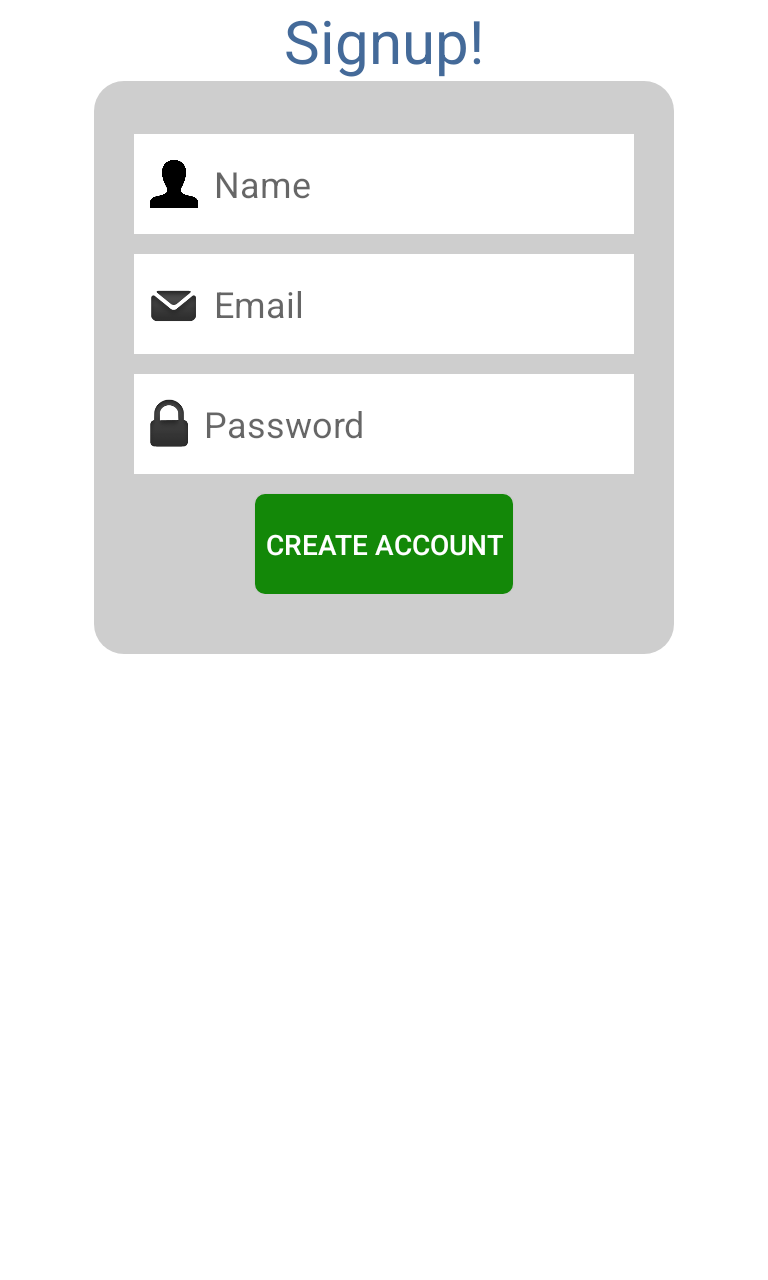
Repository: ag-chirag/brainwaves_enigma
Layout: mobile/Brainwaves/QLess/res/layout/signup.xml
An editor plug-in stored every save of this project. The layout is shown before and after the next save, followed by the edit.
It is drawn on a 768 x 1280 px phone screen (xhdpi) without system bars, with theme AppTheme; the app's code is not run.

Above is the layout before, as saved 2014-11-08 13:02:35.

### mobile/Brainwaves/QLess/res/layout/signup.xml
<RelativeLayout xmlns:android="http://schemas.android.com/apk/res/android"
    xmlns:tools="http://schemas.android.com/tools"
    android:id="@+id/container"
    android:layout_width="match_parent"
    android:layout_height="match_parent"
    android:background="@color/white"
    android:screenOrientation="portrait"
    tools:context="com.zootr.matchup.MainActivity"
    tools:ignore="MergeRootFrame" >

    <TextView
        android:id="@+id/signup_head"
        android:layout_width="wrap_content"
        android:layout_height="wrap_content"
        android:layout_centerHorizontal="true"
        android:text="@string/signup_heading"
        android:textColor="@color/blue"
        android:textSize="30sp" />

    <RelativeLayout
        android:id="@+id/signup_box"
        android:layout_width="wrap_content"
        android:layout_height="wrap_content"
        android:layout_below="@id/signup_head"
        android:layout_centerHorizontal="true"
        android:layout_centerVertical="true"
        android:background="@drawable/round_login" >

        <TextView
            android:id="@+id/error"
            android:layout_width="wrap_content"
            android:layout_height="wrap_content"
            android:layout_centerHorizontal="true"
            android:textColor="@color/red"
            android:textSize="12sp" />

        <RelativeLayout
            android:id="@+id/name_parent"
            android:layout_width="wrap_content"
            android:layout_height="50dp"
            android:layout_below="@+id/error"
            android:background="@color/white" >

            <ImageView
                android:id="@+id/name_icon"
                android:layout_width="30dp"
                android:layout_height="40dp"
                android:layout_marginLeft="5dp"
                android:layout_marginTop="5dp"
                android:contentDescription="@string/app_name"
                android:scaleType="fitCenter"
                android:src="@drawable/name" />

            <EditText
                android:id="@+id/name"
                android:layout_width="210dp"
                android:layout_height="50dp"
                android:layout_marginLeft="5dp"
                android:layout_marginTop="0dp"
                android:layout_toRightOf="@id/name_icon"
                android:background="@drawable/edit_text_design"
                android:hint="@string/name"
                android:inputType="textEmailAddress" />
        </RelativeLayout>

        <RelativeLayout
            android:id="@+id/envelope_parent"
            android:layout_width="wrap_content"
            android:layout_height="50dp"
            android:layout_below="@+id/name_parent"
            android:layout_marginTop="10dp"
            android:background="@color/white" >

            <ImageView
                android:id="@+id/envelope"
                android:layout_width="30dp"
                android:layout_height="40dp"
                android:layout_marginLeft="5dp"
                android:layout_marginTop="5dp"
                android:contentDescription="@string/app_name"
                android:scaleType="fitCenter"
                android:src="@drawable/envelope3" />

            <EditText
                android:id="@+id/email_address_signup"
                android:layout_width="210dp"
                android:layout_height="50dp"
                android:layout_marginLeft="5dp"
                android:layout_marginTop="0dp"
                android:layout_toRightOf="@id/envelope"
                android:background="@drawable/edit_text_design"
                android:hint="@string/email_hint"
                android:inputType="textEmailAddress" />
        </RelativeLayout>

        <RelativeLayout
            android:id="@+id/lock_parent"
            android:layout_width="wrap_content"
            android:layout_height="50dp"
            android:layout_below="@+id/envelope_parent"
            android:layout_marginTop="10dp"
            android:background="@color/white" >

            <ImageView
                android:id="@+id/lock"
                android:layout_width="35dp"
                android:layout_height="30dp"
                android:layout_centerVertical="true"
                android:contentDescription="@string/app_name"
                android:scaleType="fitCenter"
                android:src="@drawable/lock" />

            <EditText
                android:id="@+id/password_signup"
                android:layout_width="215dp"
                android:layout_height="50dp"
                android:layout_centerHorizontal="true"
                android:layout_centerVertical="true"
                android:layout_marginBottom="10dp"
                android:layout_toRightOf="@id/lock"
                android:background="@drawable/edit_text_design"
                android:hint="@string/pwd_hint"
                android:inputType="textPassword" />
        </RelativeLayout>

        <Button
            android:id="@+id/crt_accnt"
            android:layout_width="wrap_content"
            android:layout_height="50dp"
            android:layout_below="@+id/lock_parent"
            android:layout_centerHorizontal="true"
            android:layout_marginLeft="10dp"
            android:layout_marginTop="10dp"
            android:background="@drawable/round_login_button"
            android:onClick="send_signup_data"
            android:text="@string/accnt"
            android:textColor="@color/white" />
    </RelativeLayout>

    <RelativeLayout
        android:id="@+id/waiting"
        android:layout_width="fill_parent"
        android:layout_height="fill_parent"
        android:layout_gravity="center_horizontal"
        android:background="@color/splash_bg"
        android:gravity="center_horizontal"
        android:orientation="vertical"
        android:visibility="gone"
        android:weightSum="1" >

        <ImageView
            android:id="@+id/logo"
            android:layout_width="fill_parent"
            android:layout_height="fill_parent"
            android:layout_centerHorizontal="true"
            android:layout_centerVertical="true"
            android:contentDescription="@string/todo"
            android:scaleType="centerCrop"
            android:src="@drawable/name" />

        <TextView
            android:layout_width="wrap_content"
            android:layout_height="wrap_content"
            android:layout_centerHorizontal="true"
            android:layout_marginTop="30dp"
            android:text="Logging in..."
            android:textColor="@color/white"
            android:textSize="20sp" />
    </RelativeLayout>

</RelativeLayout>

### mobile/Brainwaves/QLess/res/values/color.xml
<?xml version="1.0" encoding="utf-8"?>
<resources>

    <color name="blue">#446a99</color>
    <color name="red">#FF0000</color>
    <color name="black">#000000</color>
    <color name="green">#138808</color>
    <color name="bar">#ff0000</color>
    <color name="white">#fff</color>
    <color name="gray">#eeeeee</color>
    <color name="grey">	#CECECE</color>
    <color name="splash_bg">#eb5115</color>
        <color name="disable">#ccc</color>

    <color name="light_gray">#eeeeee</color>
    <color name="dark_gray">#424244</color>
    <color name="sirius_black">#000000</color>
    <color name="app_color">#ff8033</color>
    <color name="dashboard_bar">#ff8033</color>
    <color name="fixture_title">#000000</color>
    <color name="fixture_teams">#000</color>
    <color name="fixture_status">#000</color>
    <color name="score">#000</color>
    <color name="bar_sel">#ffa233</color>
    <color name="transparent_100">#FF000000</color>
    <color name="transparent_95">#F2000000</color>
    <color name="transparent_90">#E6000000</color>
    <color name="transparent_85">#D9000000</color>
    <color name="transparent_80">#CC000000</color>
    <color name="transparent_75">#BF000000</color>
    <color name="transparent_70">#B3000000</color>
    <color name="transparent_65">#A6000000</color>
    <color name="transparent_60">#99000000</color>
    <color name="transparent_55">#8C000000</color>
    <color name="transparent_50">#80000000</color>
    <color name="transparent_45">#73000000</color>
    <color name="transparent_40">#66000000</color>
    <color name="transparent_35">#59000000</color>
    <color name="transparent_30">#4D000000</color>
    <color name="transparent_25">#40000000</color>
    <color name="transparent_20">#33000000</color>
    <color name="transparent_15">#26000000</color>
    <color name="transparent_10">#1A000000</color>
    <color name="transparent_">#0D000000</color>
    <color name="transparent_0">#00000000</color>
    <color name="dashboard_bg">#eeeeee</color>
    <color name="circle_dashbord_count">#333333</color>
    <color name="live">#cc1111</color>
    <color name="no_matches_sel">#424244</color>
    <color name="no_matches_def">#333333</color>
    <color name="no_matches">#999999</color>
    <color name="bar_header">#2f74a7</color>
    <color name="chart_won">#2f74a7</color>
    <color name="chart_lost">#cc1111</color>
    <color name="chart_tie">#e04a3b</color>
    <color name="achievement">#3d96d8</color>
    <color name="player_name_solo">#ed5114</color>
    <color name="hrr">#333333</color>
    <color name="h_h_header">#666666</color>
    <color name="h_h_text">#333333</color>
    <color name="app_green">#779f38</color>
        <color name="transparent_50_app_color">#80ff8033</color>

</resources>

### mobile/Brainwaves/QLess/res/values/string.xml
<?xml version="1.0" encoding="utf-8"?>
<resources>

    <string name="base_url">http://brainwave.byethost11.com/</string>
    <string name="live_score_url"></string>
    <string name="get_match_leaderboard_url">c</string>
	<string name="app_name">QLess</string>
    <string name="todo">TODO</string>
    <string name="signup_url"></string>
    <string name="login_url"></string>
    <string name="email_hint">Email</string>
    <string name="pwd_hint">Password</string>
    <string name="btn_name">Login</string>
    <string name="signup">Signup</string>
    <string name="accnt">Create Account</string>
    <string name="name">Name</string>
    <string name="signup_heading">Signup!</string>
    <string name="notification">Push Notifications</string>
</resources>

### mobile/Brainwaves/QLess/res/drawable/round_login.xml
<?xml version="1.0" encoding="UTF-8"?>
<shape xmlns:android="http://schemas.android.com/apk/res/android"  android:shape="rectangle">

    <corners android:radius="15dp" />

    <stroke
        android:width="0dip"
        android:color="@color/grey" />

    <solid android:color="@color/grey" />

    <padding
        android:bottom="30dip"
        android:left="20dip"
        android:right="20dip"
        android:top="10dip" />

</shape>

### mobile/Brainwaves/QLess/res/drawable/edit_text_design.xml
<?xml version="1.0" encoding="utf-8"?>
  <layer-list xmlns:android="http://schemas.android.com/apk/res/android" >

<item>
    <shape>
        <solid android:color="#c2c2c2" />
    </shape>
</item>

<!-- main color -->
<item>
    <shape>
        <solid android:color="#ffffff" />
    </shape>
</item>

<!-- draw another block to cut-off the left and right bars -->
<item>
    <shape>
        <solid android:color="#ffffff" />
    </shape>
</item>

</layer-list>

### mobile/Brainwaves/QLess/res/drawable/round_login_button.xml
<?xml version="1.0" encoding="UTF-8"?>
<shape xmlns:android="http://schemas.android.com/apk/res/android"  android:shape="rectangle">

    <corners android:radius="5dp" />

    <stroke
        android:width="0dip"
        android:color="@color/green" />

    <solid android:color="@color/green" />

    <padding
        android:bottom="5dip"
        android:left="5dip"
        android:right="5dip"
        android:top="5dip" />
</shape>

Loaded but not shown: mobile/Brainwaves/QLess/res/values/styles.xml (common file); mobile/Brainwaves/QLess/res/values-v11/styles.xml (common file); mobile/Brainwaves/QLess/res/values-v14/styles.xml (common file)

After the next save:
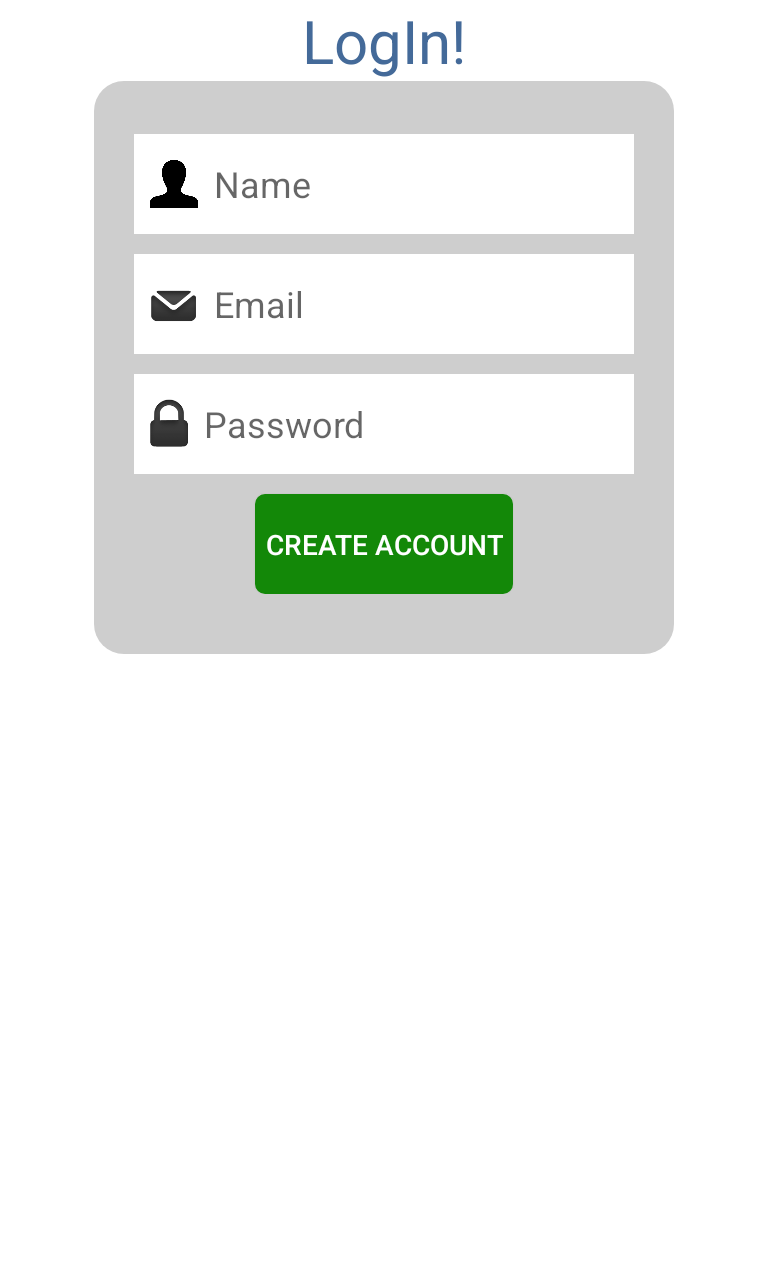
Saved 4 min 23 s later.
--- a/mobile/Brainwaves/QLess/res/values/string.xml
+++ b/mobile/Brainwaves/QLess/res/values/string.xml
@@ -14,6 +14,6 @@
     <string name="signup">Signup</string>
     <string name="accnt">Create Account</string>
     <string name="name">Name</string>
-    <string name="signup_heading">Signup!</string>
+    <string name="signup_heading">LogIn!</string>
     <string name="notification">Push Notifications</string>
 </resources>
